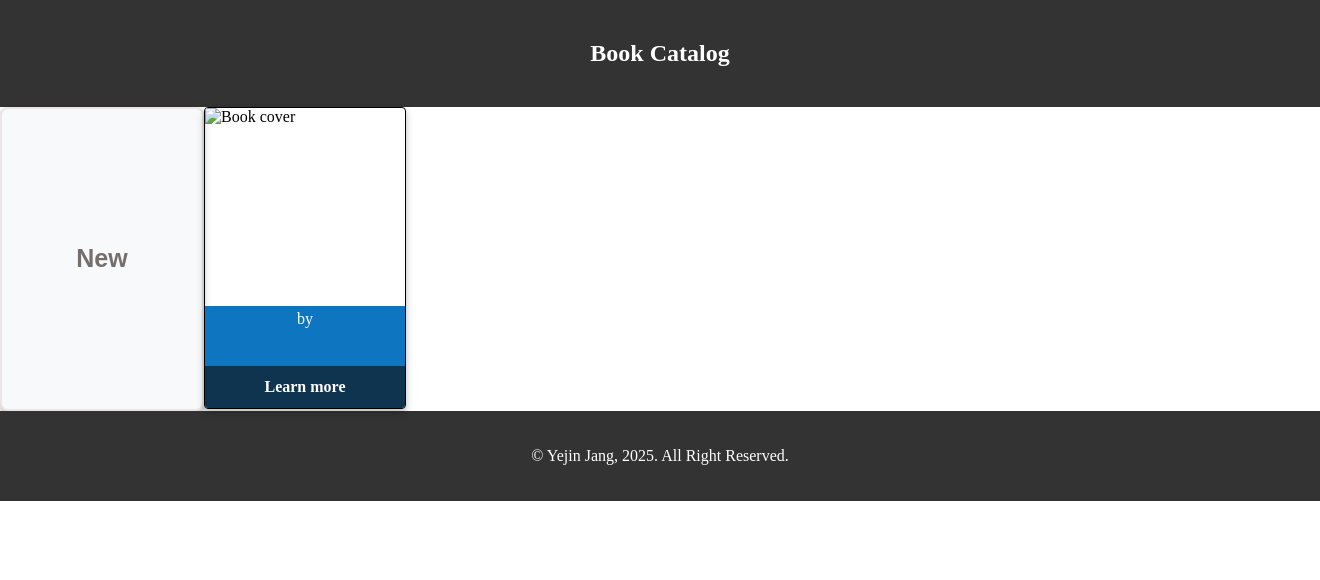
Repository: Yejin-Digital/Lab3-Assignment-BookCatalog
Page: /
The author's editor kept a copy of each file at every save. The page is drawn from the files as they stood at one save, then again after the next save.
The browser window is 1280 px wide. The page is 1320 px wide, so the pictures cover 1320 px, including what lies to the right of the window. The pictures show the whole page.
The project was rebuilt for these pictures with package versions that can differ from the ones it lists, and the page was loaded fresh each time. Also part of the build but not shown: vite.config.js.

Above is the page before, as saved 2025-09-19 01:39:03.

### index.html
<!DOCTYPE html>
<html lang="en">
  <head>
    <meta charset="UTF-8" />
    <link rel="icon" type="image/svg+xml" href="/vite.svg" />
    <meta name="viewport" content="width=device-width, initial-scale=1.0" />
    <title>Book Catalog Assignment</title>
  </head>
  <body>
    <div id="root"></div>
    <script type="module" src="/src/main.jsx"></script>
  </body>
</html>

### src/index.css
html {
  font-family: 'Times New Roman', Times, serif;
}

body {
  margin: 0;
  min-height: 100vh;
  display: flex;
  flex-direction: column;
  align-items: center;
}

.app {
  display: flex;
  flex-direction: column;
  width: 100%;
  margin: 0 auto;
  min-height: 100%;
}

#root {
  width: 100%;
}

.content {
  display: flex;
  flex-direction: row;
}

.header-content {
  background-color: #333;
  color: white;
  text-align: center;
  padding: 20px;
  width: 100%;
}

.footer-content {
  background-color: #333;
  color: white;
  text-align: center;
  padding: 20px;
  width: 100%;
}

### src/App.jsx
import Header from './components/Header';
import Footer from './components/Footer';
import NewBook from './components/NewBook';
import BookListCard from './components/BookListCard';

function App() {
  return (
    <div className="app">
      <section>
        <Header />
        <div className="content">
          <NewBook />
          <BookListCard />
        </div>
      </section>
      <Footer />
    </div>
  );
}

export default App;

### src/components/Header.jsx
function AppHeader() {
  return (
    <header className="header-content">
      <h1>Book Catalog</h1>
    </header>
  );
}

export default AppHeader;

### src/components/Footer.jsx
export default function Footer() {
  return (
    <footer class="footer-content">
      <p>&copy; Yejin Jang, 2025. All Right Reserved.</p>
    </footer>
  );
}

### src/components/NewBook.jsx
import './NewBook.css';

function NewBook() {
  return (
    <div className="newButton">
      <button>New</button>
    </div>
  );
}

export default NewBook;

### src/components/BookListCard.jsx
import './BookListCard.css';

function BookListCard(props) {
  return (
    <div className="bookCard">
      <div className="bookImage">
        <img src={props.image} alt="Book cover" />
      </div>
      <div className="bookInfo">
        <div className="bookAuthorContainer">
          <p className="bookAuthor">by</p>
          <p className="bookAuthor">{props.author}</p>
        </div>
        <a href={props.link}>Learn more</a>
      </div>
    </div>
  );
}

export default BookListCard;

### src/components/NewBook.css
.newButton {
  width: 200px;
  height: 300px;
  border: 2px solid #ebe5e5;
  border-radius: 8px;
  background-color: #f8f9fa;
  display: flex;
  align-items: center;
  justify-content: center;
  box-shadow: 0 4px 8px rgba(0, 0, 0, 0.2), 0 2px 4px rgba(0, 0, 0, 0.1);
  transition: all 0.3s ease;
  cursor: pointer;
}

.newButton:hover {
  background-color: #e9ecef;
}

button {
  background: none;
  border: none;
  color: #766d6d;
  font-size: 25px;
  font-weight: bold;
  cursor: pointer;
  padding: 0;
}

### src/components/BookListCard.css
.bookCard {
  flex-direction: column;
  border: solid 1px black;
  width: 200px;
  height: 300px;
  display: flex;
  justify-content: space-between;
  border-radius: 4px;
  box-shadow: 0 4px 8px rgba(0, 0, 0, 0.2), 0 2px 4px rgba(0, 0, 0, 0.1);
  overflow: hidden;
  position: relative;
}

.bookImage {
  padding: 0;
  overflow: hidden;
  flex-shrink: 0;
}
.bookCard img {
  width: 100%;
  height: auto;
  max-height: 200px;
  object-fit: cover;
  margin-bottom: 0;
  display: block;
}

.bookInfo {
  display: flex;
  flex-direction: column;
  margin-top: auto;
}

.bookAuthor {
  font-size: 16px;
  font-weight: 500;
  color: white;
  text-align: center;
  margin: 0;
}

a {
  width: 100%;
  font-size: 16px;
  font-weight: bold;
  color: white;
  background-color: rgb(15, 52, 79);
  text-align: center;
  margin: 0;
  padding: 12px 0;
  text-decoration: none;
  display: block;
}

a:hover {
  background-color: rgb(20, 65, 95);
}

.bookAuthorContainer {
  height: 56px;
  width: 100%;
  background-color: rgb(14, 118, 192);
  padding-top: 4px;
}

Loaded but not shown: src/main.jsx (common file)

After the next save:
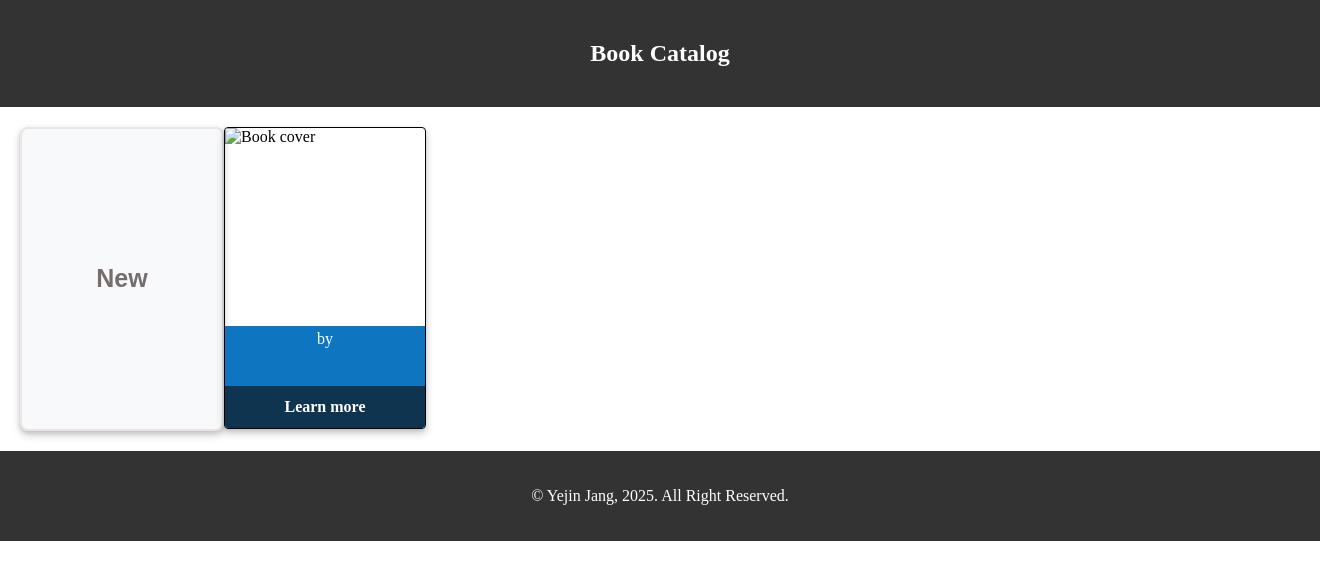
Saved 27 s later.
--- a/src/index.css
+++ b/src/index.css
@@ -25,6 +25,7 @@ body {
 .content {
   display: flex;
   flex-direction: row;
+  margin: 20px;
 }
 
 .header-content {
